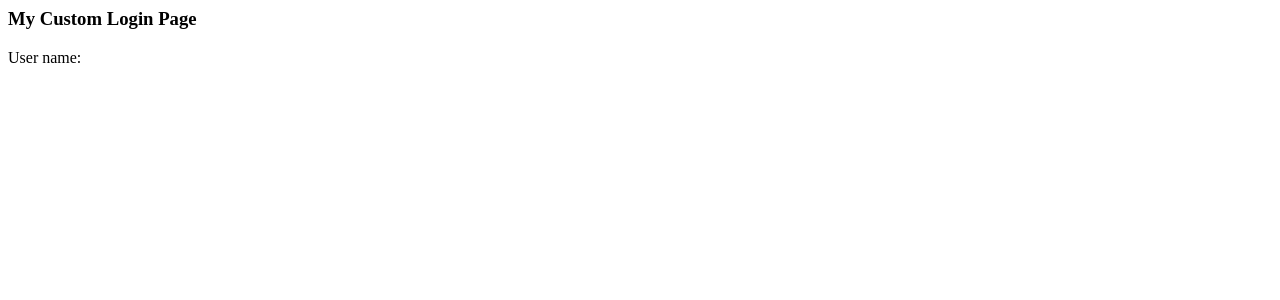
Repository: dchan98/spring-security-demo
Page: http://localhost/spring-security-demo-03-custom-login-form/showMyLoginPage
The author's editor kept a copy of each file at every save. The page is drawn from the files as they stood at one save, then again after the next save.
The browser window is 1280 px wide. The pictures show the whole page.
The page is served by Tomcat 9. Other server files are loaded and not shown.

Above is the page before, as saved 2019-02-06 23:11:58.

### spring-security-demo-starter/spring-security-demo-03-custom-login-form/src/main/webapp/WEB-INF/view/plain-login.jsp
<%@ taglib prefix="form" uri="http://www.springframework.org/tags/form" %>

<html>

<head>
	<title>Custom Login Page</title>
</head>

<body>
<h3>My Custom Login Page</h3>

	<form:form action="${pageContext.request.contextPath}/authenticateTheUser"
				method="POST">
		<p>
			User name:
		</p>
	</form:form>
</body>

</html>

After the next save:
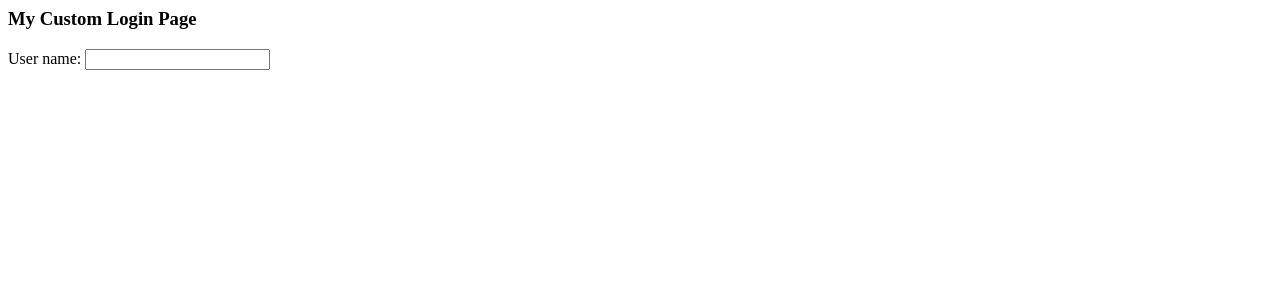
Saved 3 min 43 s later.
--- a/spring-security-demo-starter/spring-security-demo-03-custom-login-form/src/main/webapp/WEB-INF/view/plain-login.jsp
+++ b/spring-security-demo-starter/spring-security-demo-03-custom-login-form/src/main/webapp/WEB-INF/view/plain-login.jsp
@@ -12,7 +12,7 @@
 	<form:form action="${pageContext.request.contextPath}/authenticateTheUser"
 				method="POST">
 		<p>
-			User name:
+			User name: <input type="text" name="username" />
 		</p>
 	</form:form>
 </body>
